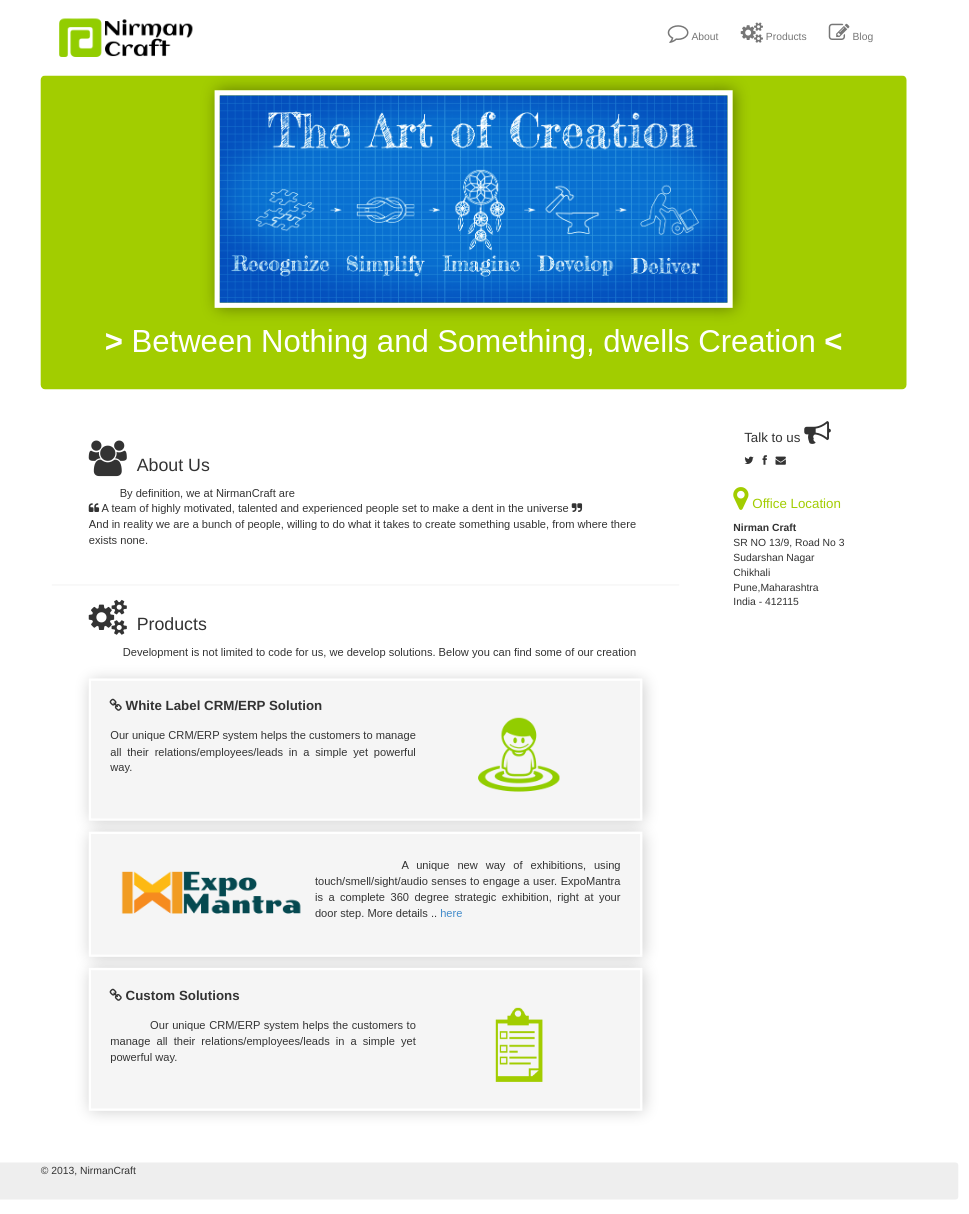
Repository: MeShreyas/NirmanCraftWebsite
Page: NirmanCraft/index.html
These files come from the project's save history. The page is drawn as it stood at one moment and after a run of saves; the edit follows.
The browser window is 1280 px wide. The page is 1310 px wide, so the pictures cover 1310 px, including what lies to the right of the window. The pictures show the whole page, at 74% of full size.
Some web fonts or font styles are not loaded; a fallback is used.

Above is the page before, as saved 2013-10-08 15:11:58.
Console error: ReferenceError: jQuery is not defined

After the next 2 saves:
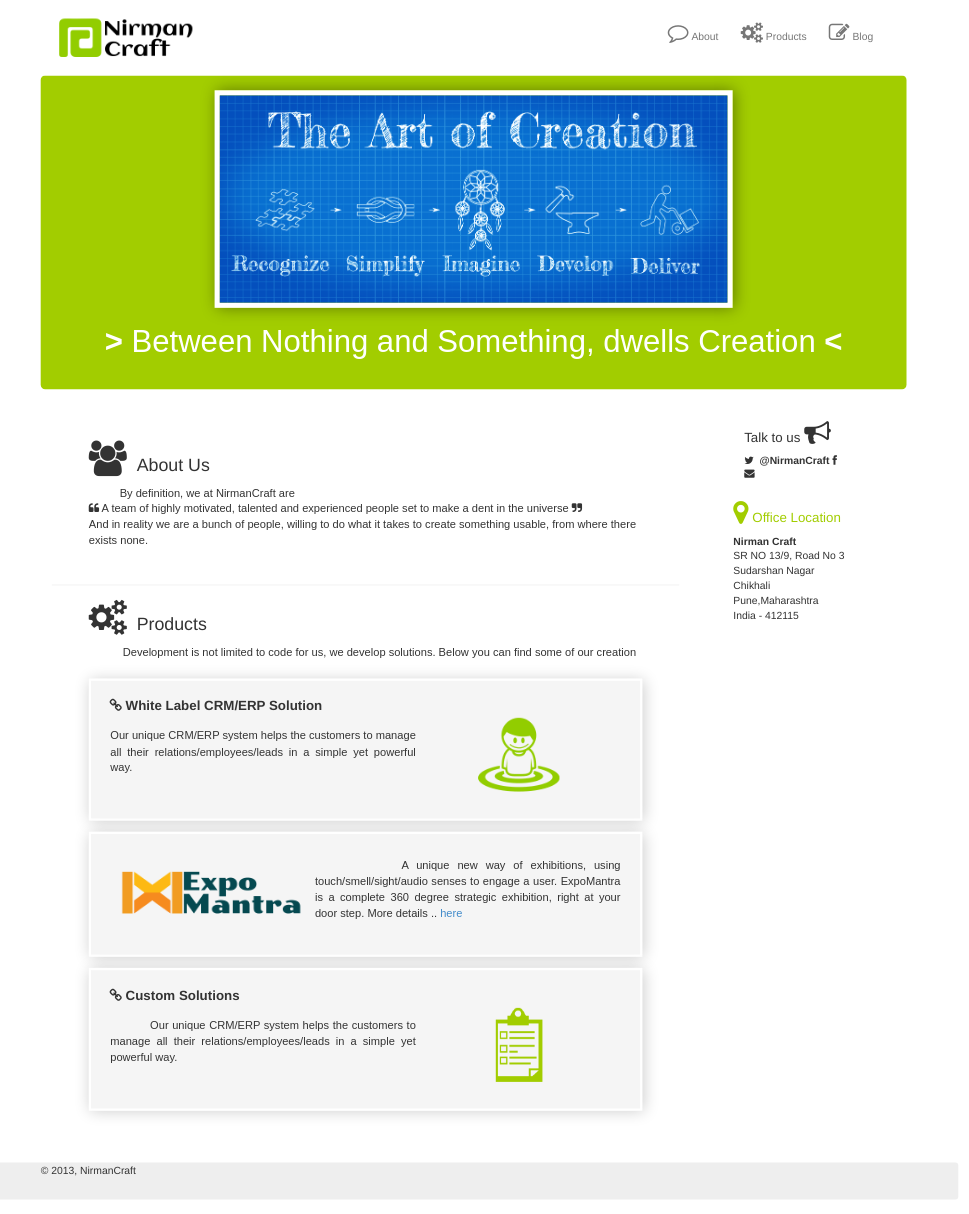
The 2 saves are shown as one change because they came seconds apart.
The last was saved 62 s later.
--- a/NirmanCraft/index.html
+++ b/NirmanCraft/index.html
@@ -192,7 +192,7 @@
 										Talk to us&nbsp;<i class="icon-bullhorn icon-2x"></i>
 									</h4>
 									<p class="list-group-item-text">
-										<i class="icon-twitter"></i> &nbsp;
+										<strong><i class="icon-twitter"></i> &nbsp;@NirmanCraft</strong>
 										<i class="icon-facebook"></i> &nbsp;
 										<i class="icon-envelope"></i>
 									</p>
